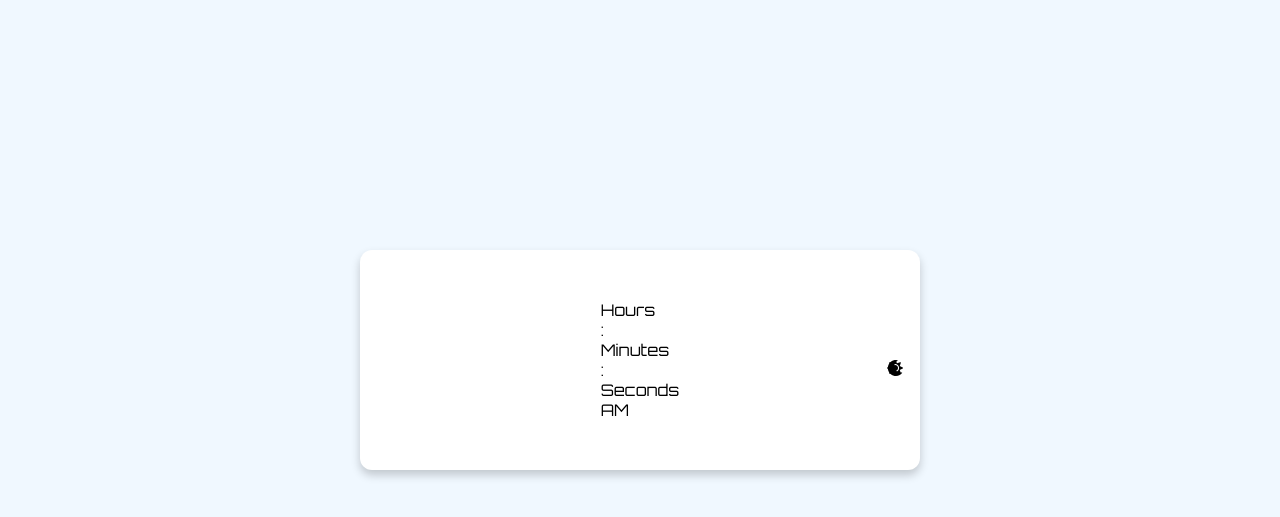
Repository: Seva2705/Clock
Page: index.html
An editor plug-in stored every save of this project. The page is shown before and after a run of saves, followed by the edit.
The browser window is 1280 px wide. The pictures show the whole page.

Above is the page before, as saved 2023-08-06 19:34:31.

### index.html
<!DOCTYPE html>
<html lang="en">
<head>
    <meta charset="UTF-8">
    <meta http-equiv="X-UA-Compatible" content="IE=edge">
    <meta name="viewport" content="width=device-width, initial-scale=1.0">
    <title>Clock</title>
    <link rel='stylesheet' href='https://cdnjs.cloudflare.com/ajax/libs/font-awesome/5.15.4/css/all.min.css'>
    <link rel="stylesheet" href="style.css">
</head>
<body>
    <section>

        <div class="container">
            <div class="icons">
                <i class="fas fa-moon"></i>
                <i class="fas fa-sun"></i>
            </div>
            <div class="time">
                <div class="time-colon">
                    <div class="time-text">
                        <span class="num hour_num"></span>
                        <span class="text">Hours</span>
                    </div>
                    <span class="colon">:</span>
                </div>
                <div class="time-colon">
                    <div class="time-text">
                        <span class="num min_num"></span>
                        <span class="text">Minutes</span>
                    </div>
                    <span class="colon">:</span>
                </div>
                <div class="time-colon">
                    <div class="time-text">
                        <span class="num sec_num"></span>
                        <span class="text">Seconds</span>
                    </div>
                    <span class="am_pm">AM</span>
                </div>
            </div>
        </div>
    </section>


    <script src="script.js"></script>

</body>
</html>

### style.css
@import url('https://fonts.googleapis.com/css2?family=Orbitron:wght@400;500;600;700&display=swap');


* {
    margin: 0;
    padding: 0;
    box-sizing: border-box;
    font-family: 'Orbitron', sans-serif;
    transition: all 0.4s ease;
}

section {
    min-height: 100vh;
    width: 100%;
    display: flex;
    align-items: center;
    justify-content: center;
    background: #F0F8FF;
    padding: 0 20px;
}

section.dark {
    background: #24292D;
}

.container {
    display: flex;
    align-items: center;
    justify-content: center;
    height: 220px;
    max-width: 560px;
    width: 100%;
    background: #fff;
    box-shadow: 0 5px 10px rgba(0, 0, 0, 0.2);
    border-radius: 12px;
    position: relative;
}

section.dark .container {
    background: #323840;
}

section .container .icons i {
    position: absolute;
    right: 17px;
}

Loaded but not shown: script.js (no copy from this time; the picture is the same without it)

After the next 8 saves:
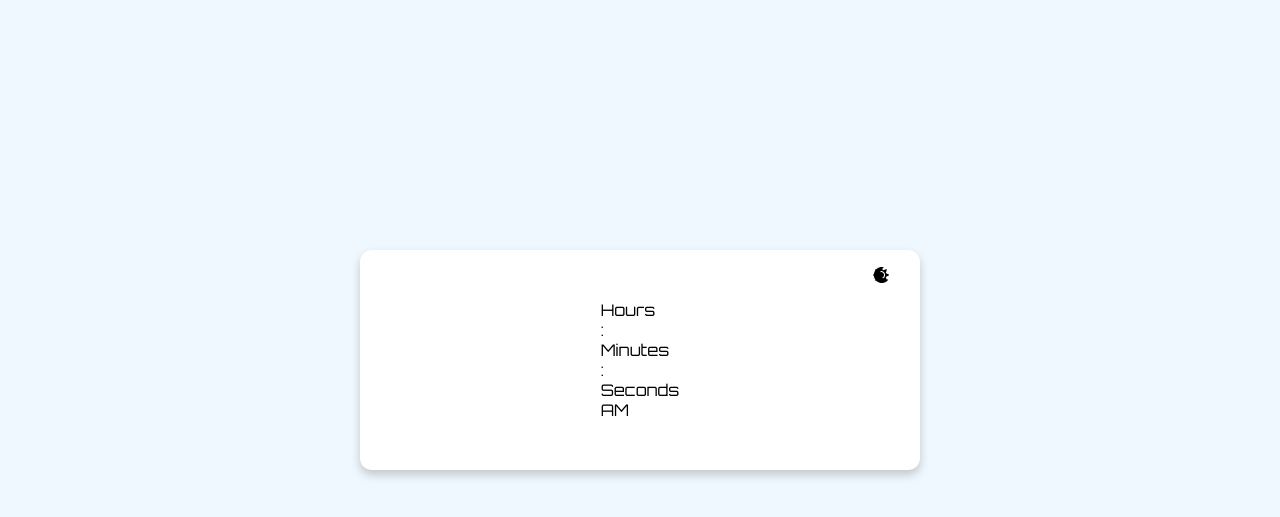
The 8 saves are shown as one change because they came seconds apart.
The last was saved 20 s later.
--- a/style.css
+++ b/style.css
@@ -43,4 +43,8 @@ section.dark .container {
 section .container .icons i {
     position: absolute;
     right: 17px;
+    top: 17px;
+    height: 30px;
+    width: 30px;
+    background: ;
 }
